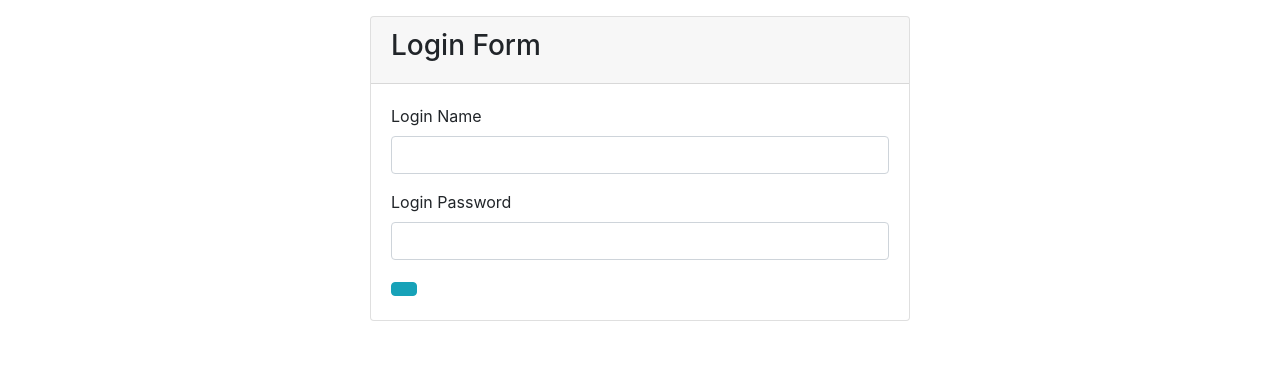
Repository: HsuMon123/Testing-Java-EE
Page: http://localhost/02-hello-servlet/
These files come from the project's save history. The page is drawn as it stood at one moment and after the next save; the edit follows.
The browser window is 1280 px wide. The pictures show the whole page.
The page is served by Tomcat 9.

Above is the page before, as saved 2020-12-15 07:19:08.

After the next save:
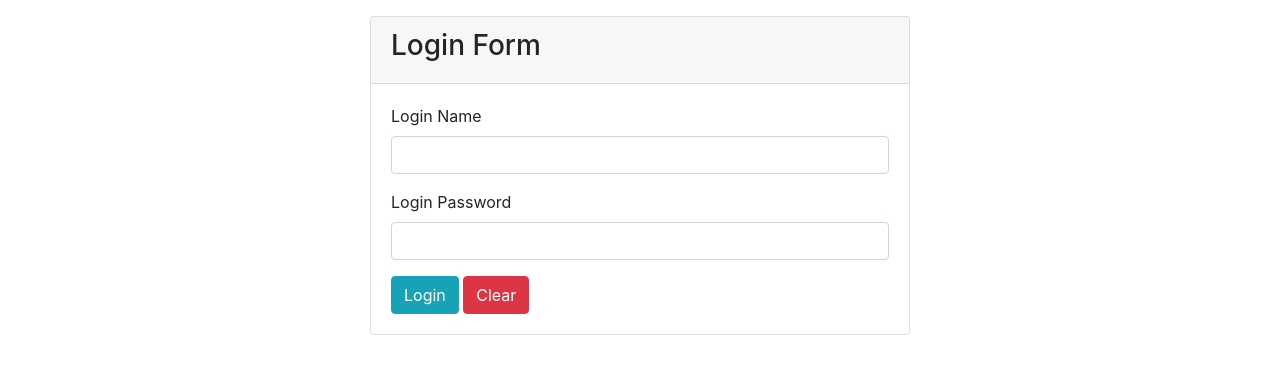
Saved 45 s later.
--- a/02-hello-servlet/src/main/webapp/index.jsp
+++ b/02-hello-servlet/src/main/webapp/index.jsp
@@ -28,7 +28,8 @@
 							<label for="">Login Password</label>
 							<input type="password" name="upass" class="form-control" />
 						</div>
-						<button type="submit" class="btn btn-info"></button>
+						<button type="submit" class="btn btn-info">Login</button>
+						<button type="submit" class="btn btn-danger">Clear</button>
 					</form>
 				</div>
 			</div>
